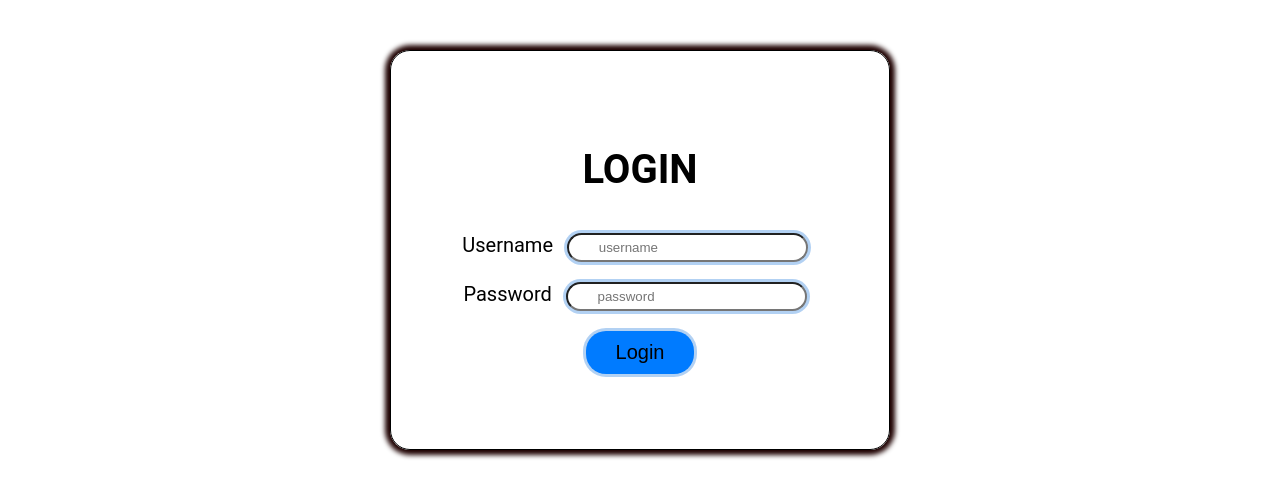
Repository: huyna1707/learning-git
Page: index.html
The author's editor kept a copy of each file at every save. The page is drawn from the files as they stood at one save, then again after the next save.
The browser window is 1280 px wide. The pictures show the whole page.
The pointer rests on the first visible `form button`.

Above is the page before, as saved 2024-08-09 23:33:06.

After the next save:
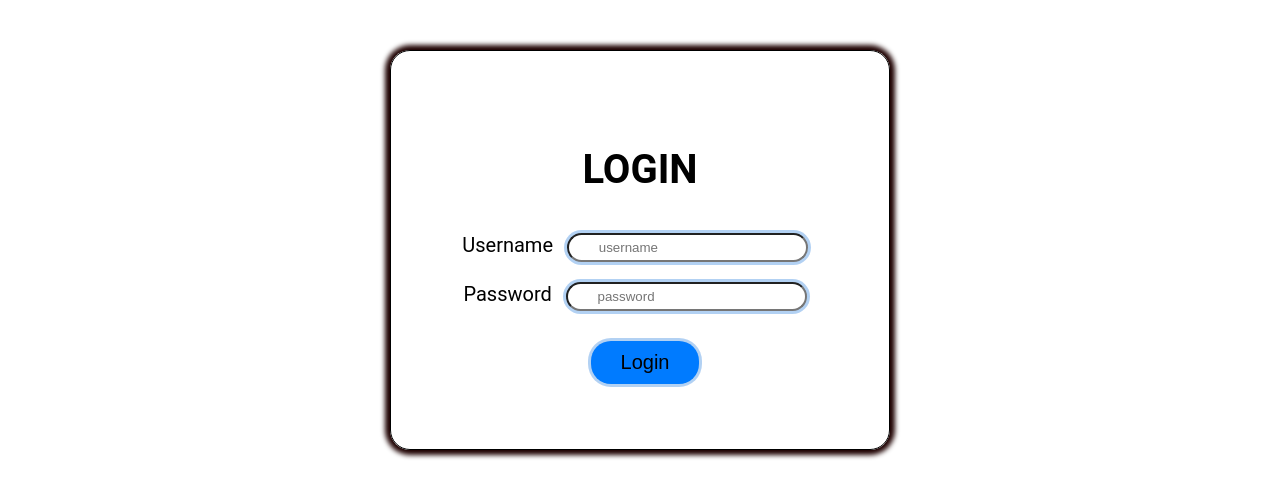
Saved 12 s later.
--- a/style.css
+++ b/style.css
@@ -53,6 +53,6 @@ form button{
 
 form button:hover{
     color: black;
-    margin: 10px;
+    margin-left: 10px;
     transition: 0.3s ease;
 }
